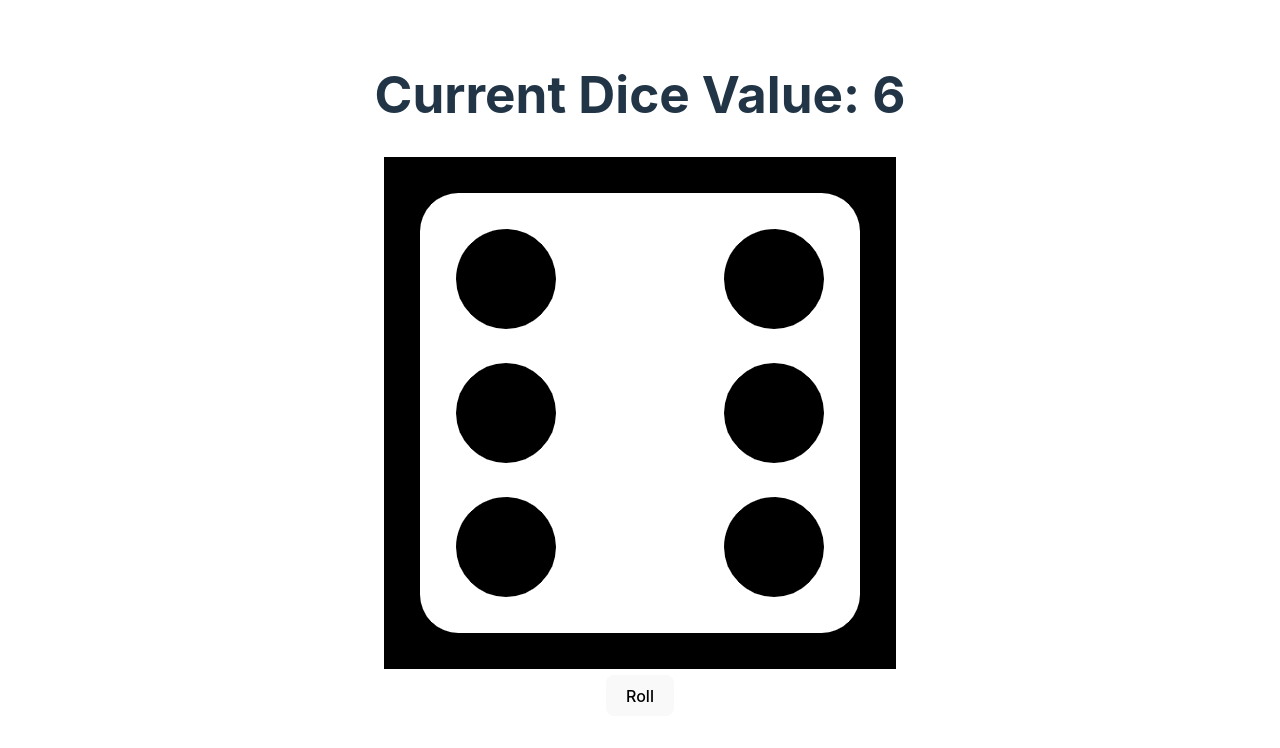
Repository: James-Z-Zhang00/dice-roller
Page: /
These files come from the project's save history. The page is drawn as it stood at one moment and after the next save; the edit follows.
The browser window is 1280 px wide. The pictures show the whole page.
The project was rebuilt for these pictures with package versions that can differ from the ones it lists, and the page was loaded fresh each time. Also part of the build but not shown: vite.config.js.

Above is the page before, as saved 2024-05-13 22:20:24.

After the next save:
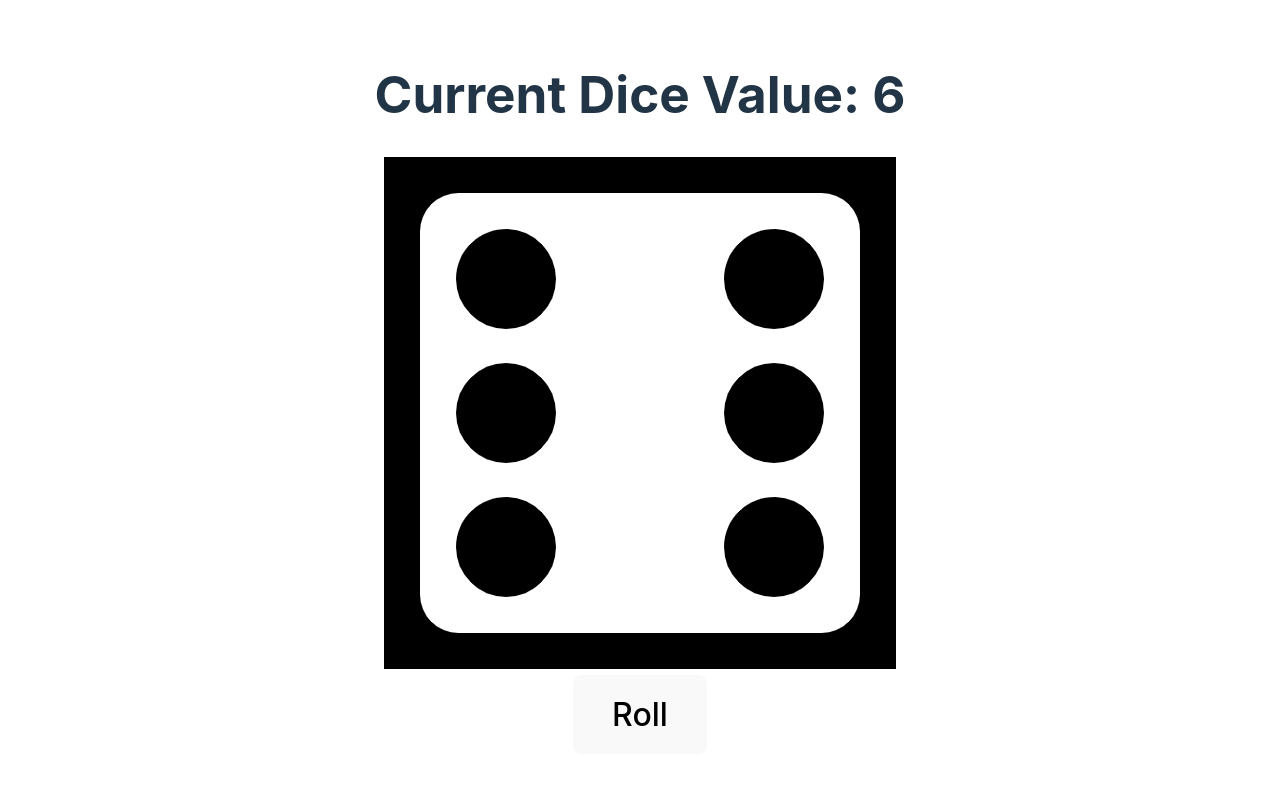
Saved 7 s later.
--- a/src/App.jsx
+++ b/src/App.jsx
@@ -12,7 +12,7 @@ const [val,setVal] = useState(6);
     <div>
       <h1>Current Dice Value: {val}</h1>
       <Dice diceVal={val} />
-      <button onClick={rollDice}>Roll</button>
+      <button onClick={rollDice} style={{ fontSize: '2rem' }}>Roll</button>
     </div>
   )
 }
